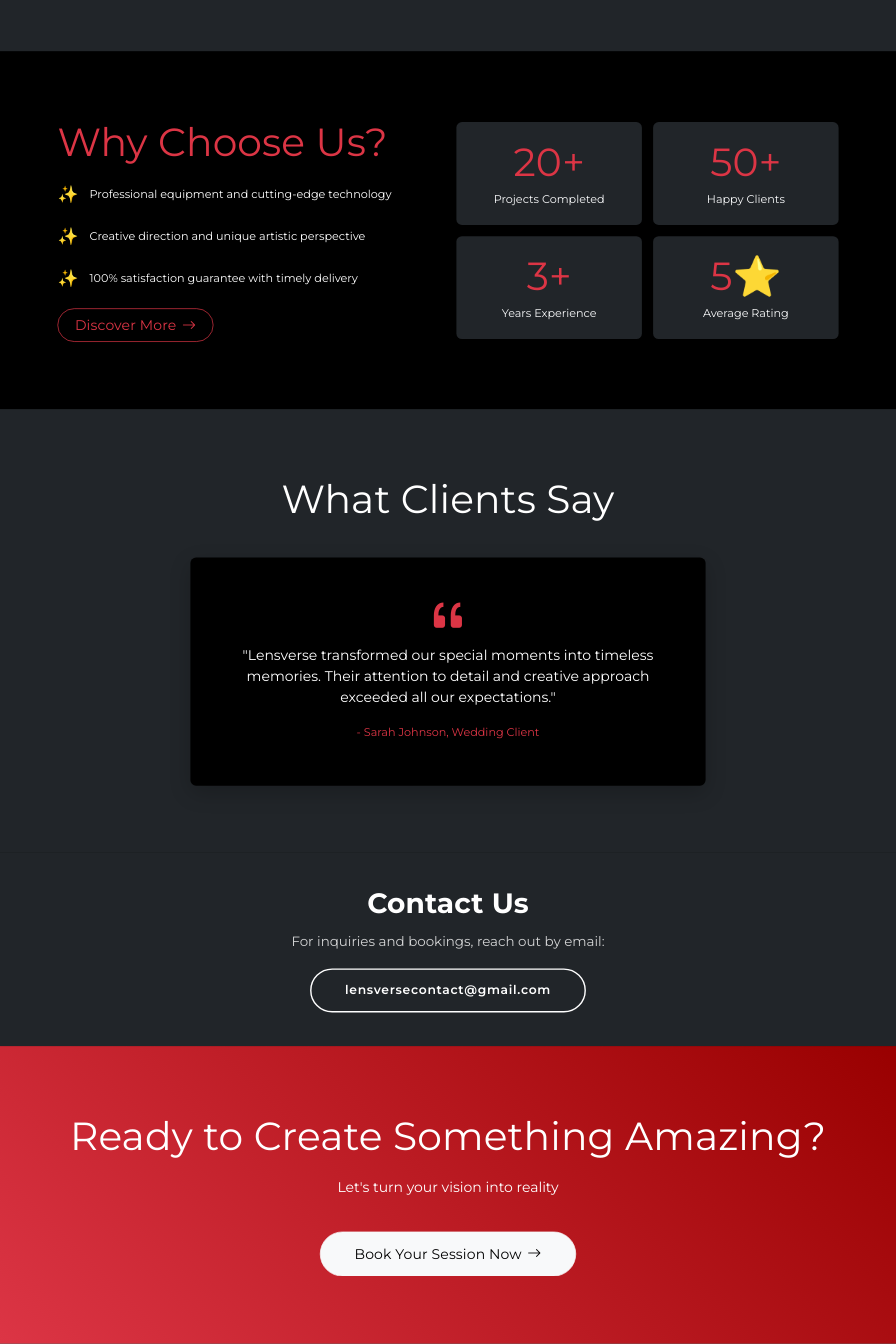
Repository: adithyakiran47/lensverseproject
Page: / (app in lensverse-client/)
These files come from the project's save history. The page is drawn as it stood at one moment and after the next save; the edit follows.
The browser window is 1280 px wide. The pictures show the part of the page from y = 1258 to 3178 px (the page is 3178 px tall before and 3148 px after), at 70% of full size.
The project was rebuilt for these pictures with package versions that can differ from the ones it lists, and the page was loaded fresh each time. Also part of the build but not shown: lensverse-client/src/pages/Portfolio.js, lensverse-client/src/utils/api.js, lensverse-client/src/pages/Booking.js, lensverse-client/src/pages/About.js, lensverse-client/src/pages/AdminLogin.js, lensverse-client/src/pages/AdminDashboard.js.

Above is the page before, as saved 2025-11-06 12:59:54.

After the next save:
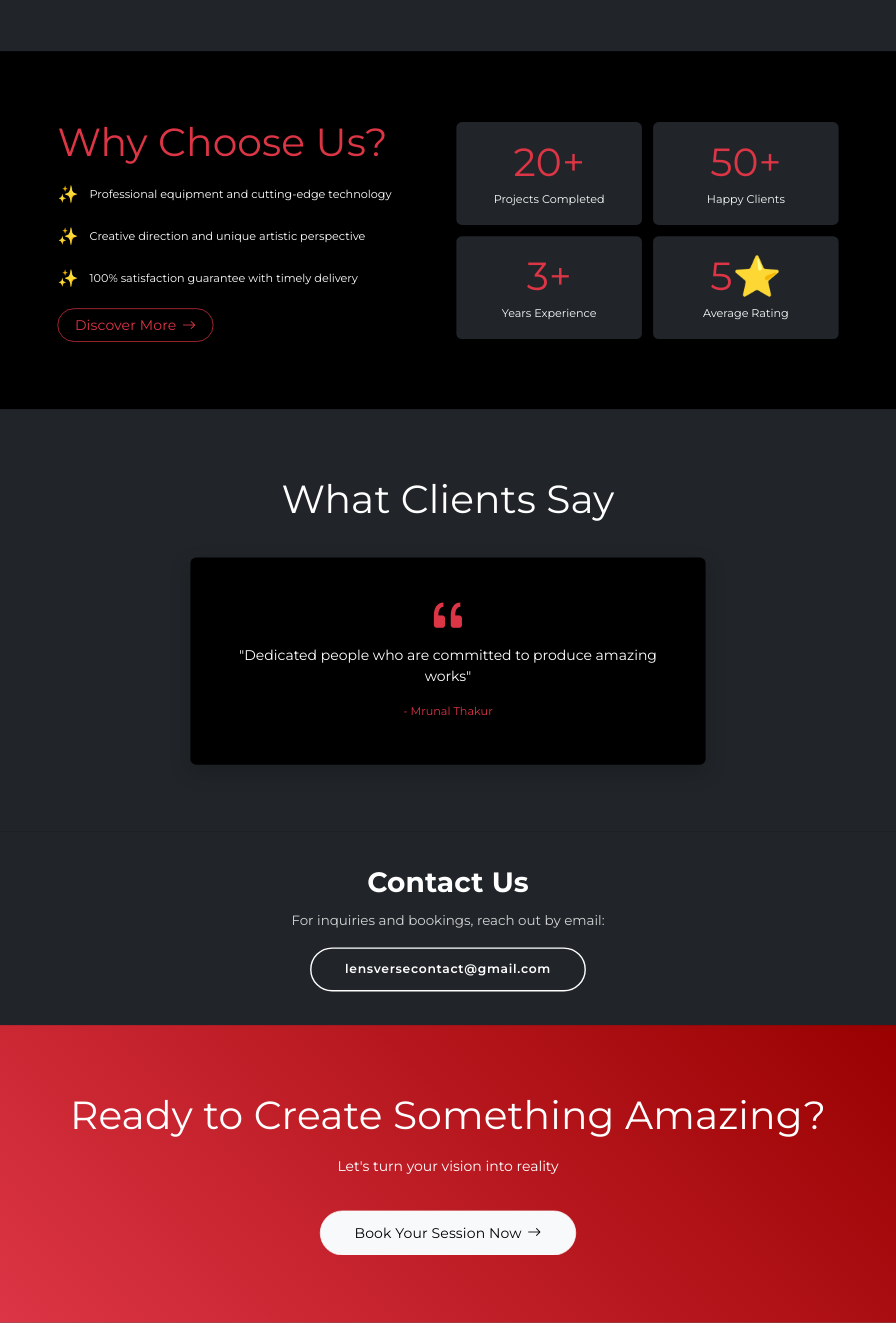
Saved 2 min 22 s later.
--- a/lensverse-client/src/pages/Home.js
+++ b/lensverse-client/src/pages/Home.js
@@ -125,8 +125,8 @@ const Home = () => {
               <div className="testimonial-card bg-black p-5 rounded-3">
                 <i className="bi bi-quote display-3 text-danger mb-4"></i>
                 <blockquote className="blockquote">
-                  <p className="mb-4 fs-5">"Lensverse transformed our special moments into timeless memories. Their attention to detail and creative approach exceeded all our expectations."</p>
-                  <footer className="text-danger fs-6">- Sarah Johnson, Wedding Client</footer>
+                  <p className="mb-4 fs-5">"Dedicated people who are committed to produce amazing works"</p>
+                  <footer className="text-danger fs-6">- Mrunal Thakur</footer>
                 </blockquote>
               </div>
             </div>
